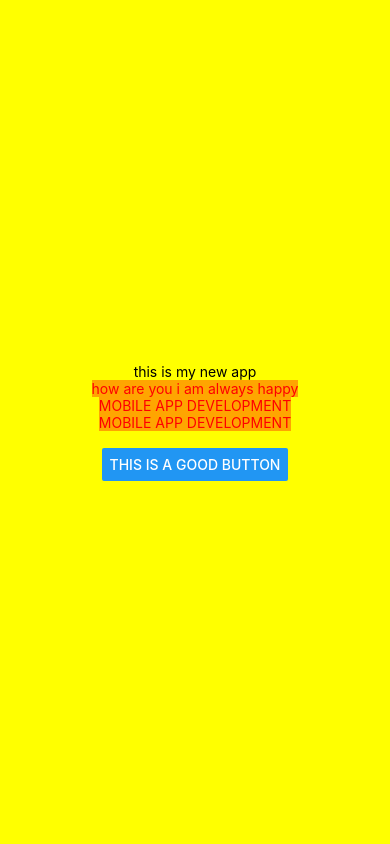
Repository: 2000-Nanayaw/MobileApp
Screen: /
These files come from the project's save history. The screen is drawn as it stood at one moment and after the next save; the edit follows.
The app was drawn by React Native's web renderer in a window 390 px wide. The project was rebuilt for these pictures with package versions that can differ from the ones it lists, and the page was loaded fresh each time.

Above is the screen before, as saved 2023-08-26 03:03:18.

### App.js
// import { StatusBar } from "expo-status-bar";
// import { Button, StyleSheet, Text, View, TextInput } from "react-native";

// function App() {
//   return (
//     <View style={styles.container}>
//       <View style={styles.container}>
//         <Text style={styles.color1}>SKY community school</Text>
//         <Button title="THIS IS MY NEW APP" />
//       </View>
//       <StatusBar style="auto" />
//     </View>
//   );
// }
// const styles = StyleSheet.create({
//   container: {
//     flex: 1,
//     backgroundColor: "steelblue",
//     alignItems: "center",
//     justifyContent: "center",
//   },
//   color1: {
//     color: "yellow",
//     backgroundColor: "red"
//   },
// });

// export default App;

import { StatusBar } from "expo-status-bar";
import { Button, Text, TextInput, View, StyleSheet } from "react-native";

function jsar() {
  return (
    <View style={style.container}>
      <Text >this is my new app</Text>
      <Text style={style.colors}>how are you i am always happy</Text>
      <Text style={style.colors}>MOBILE APP DEVELOPMENT</Text>
      <Text style={style.colors}>MOBILE APP DEVELOPMENT</Text>
      <TextInput title="MOBILE APP DEVELOPMENT" />
      <Button title="this is a good button" />
    </View>
  );
}
const style = StyleSheet.create({
  container: {
    flex: 1,
    backgroundColor: "yellow",
    color: "white",
    alignItems: "center",
    justifyContent: "center",
  },
  colors: {
    backgroundColor: "orange",
    color: "red",
  },
});
export default jsar;

After the next save:
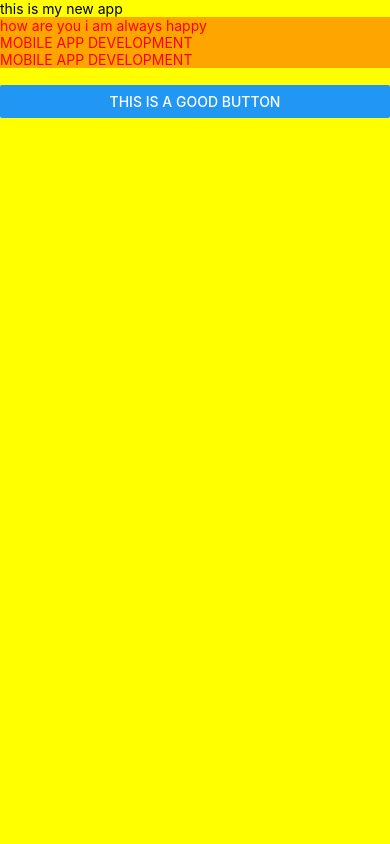
Saved 33 s later.
--- a/App.js
+++ b/App.js
@@ -46,9 +46,8 @@ const style = StyleSheet.create({
   container: {
     flex: 1,
     backgroundColor: "yellow",
-    color: "white",
-    alignItems: "center",
-    justifyContent: "center",
+
+
   },
   colors: {
     backgroundColor: "orange",
